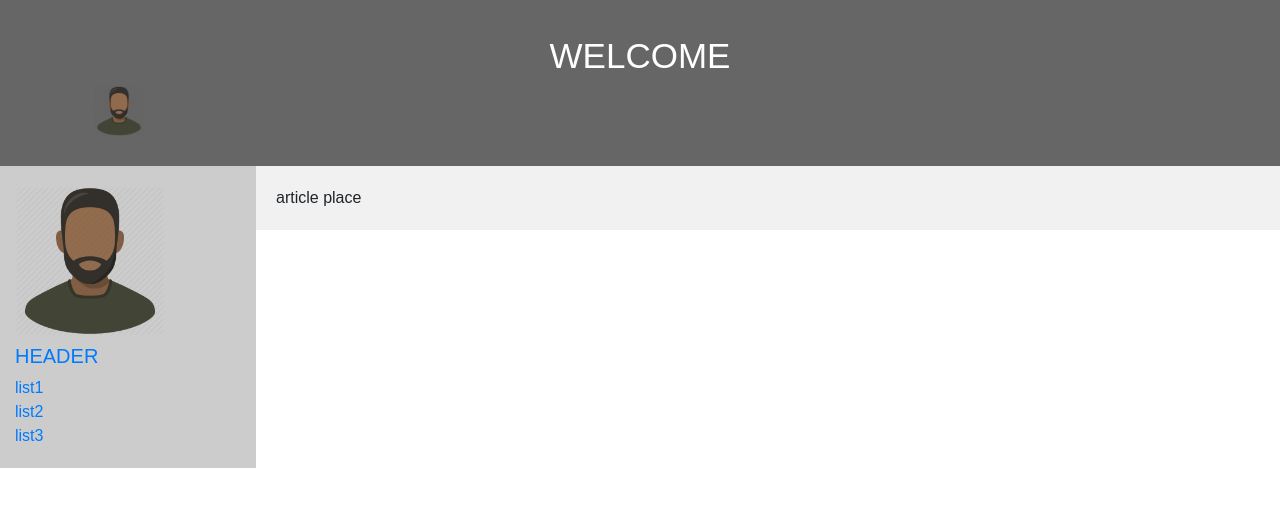
Repository: idrice24/IDRICE24-DASHBOARD
Page: html/header.html
These files come from the project's save history. The page is drawn as it stood at one moment and after the next save; the edit follows.
The browser window is 1280 px wide. The pictures show the whole page.

Above is the page before, as saved 2020-09-03 23:45:15.

After the next save:
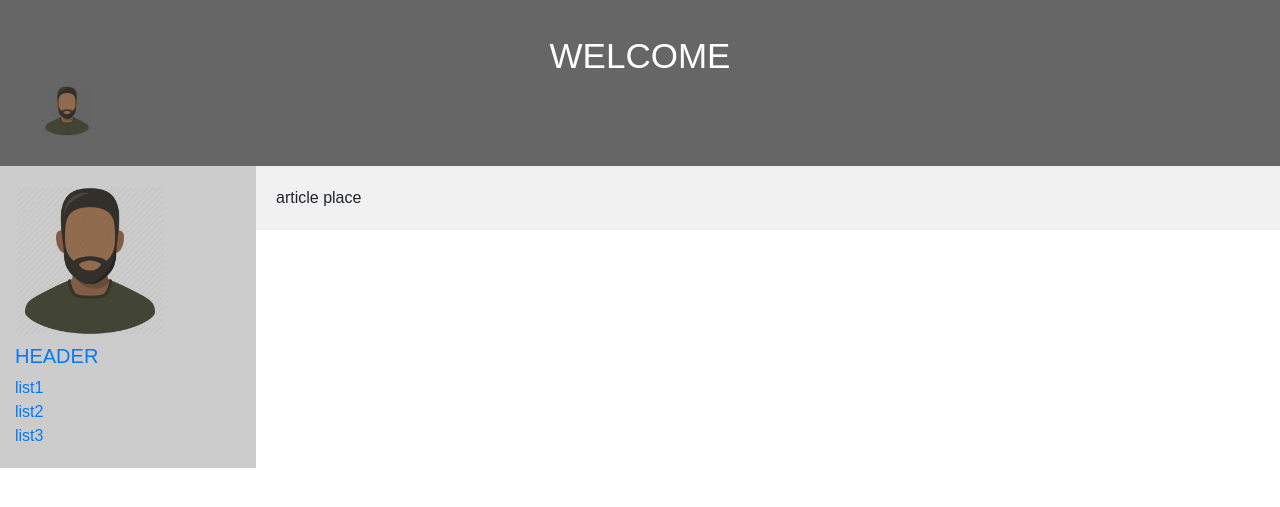
Saved 13 s later.
--- a/html/header.html
+++ b/html/header.html
@@ -14,7 +14,7 @@
 <body>
     <header>WELCOME
         <div class="row">
-            <div class="col-md-2" style="display:inline-block">
+            <div class="col-md-1" style="display:inline-block">
                 <a href="../imgs/login2.PNG" class="thumbnail" style="display:inline-block">
                     <img src="../imgs/login2.PNG" alt="Pulpit Rock" style="width:50px;height:50px;display:inline-block">
                 </a>
